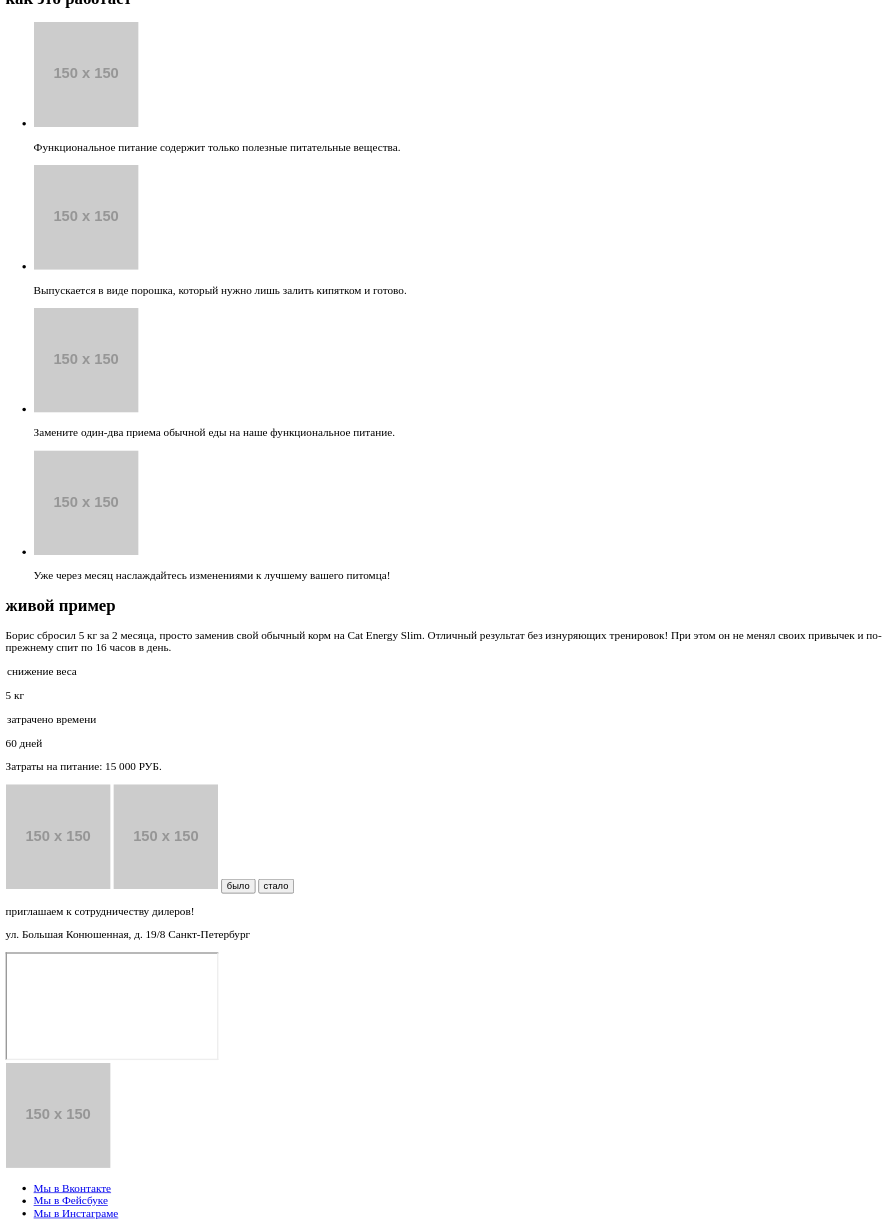
Repository: svetlana2885/1411135-cat-energy-20
Page: source/index.html
The author's editor kept a copy of each file at every save. The page is drawn from the files as they stood at one save, then again after the next save.
The browser window is 1280 px wide. The pictures show the part of the page from y = 849 to 2769 px (the page is 2607 px tall before and 2769 px after), at 70% of full size.
Pictures or frames that could not be fetched are drawn as grey boxes.

Above is the page before, as saved 2020-07-19 19:09:01.

After the next save:
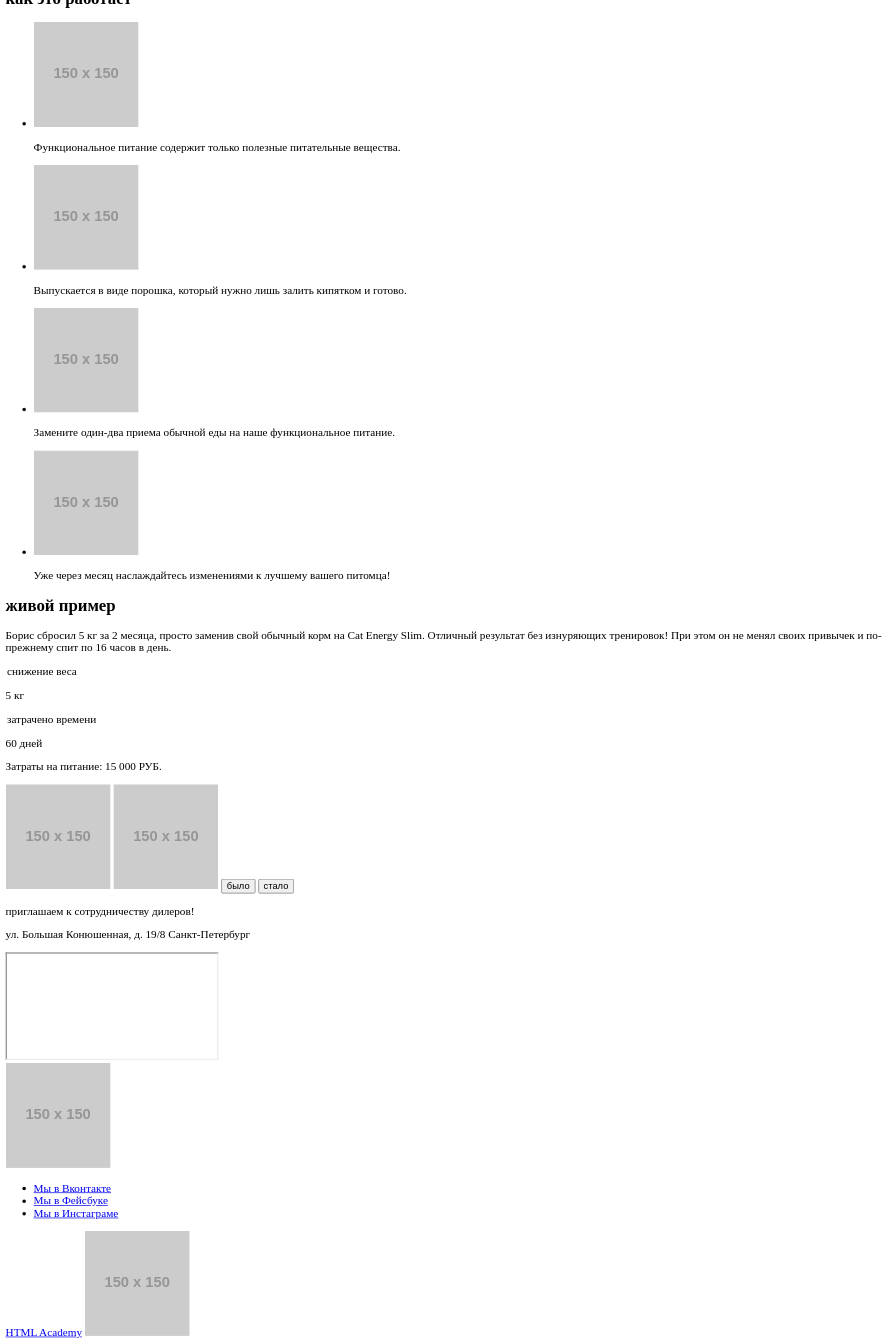
Saved 6 min 53 s later.
--- a/source/index.html
+++ b/source/index.html
@@ -137,6 +137,12 @@
             </li>
           </ul>
         </div>
+        <div class="page-footer__copyright copyright">
+          <a class="copyright__link" href="https://htmlacademy.ru/intensive/adaptive"
+            >HTML Academy</a
+          >
+          <img class="copyright_img" src="rc=https://via.placeholder.com/150x150" />
+        </div>
       </footer>
     </main>
   </body>
